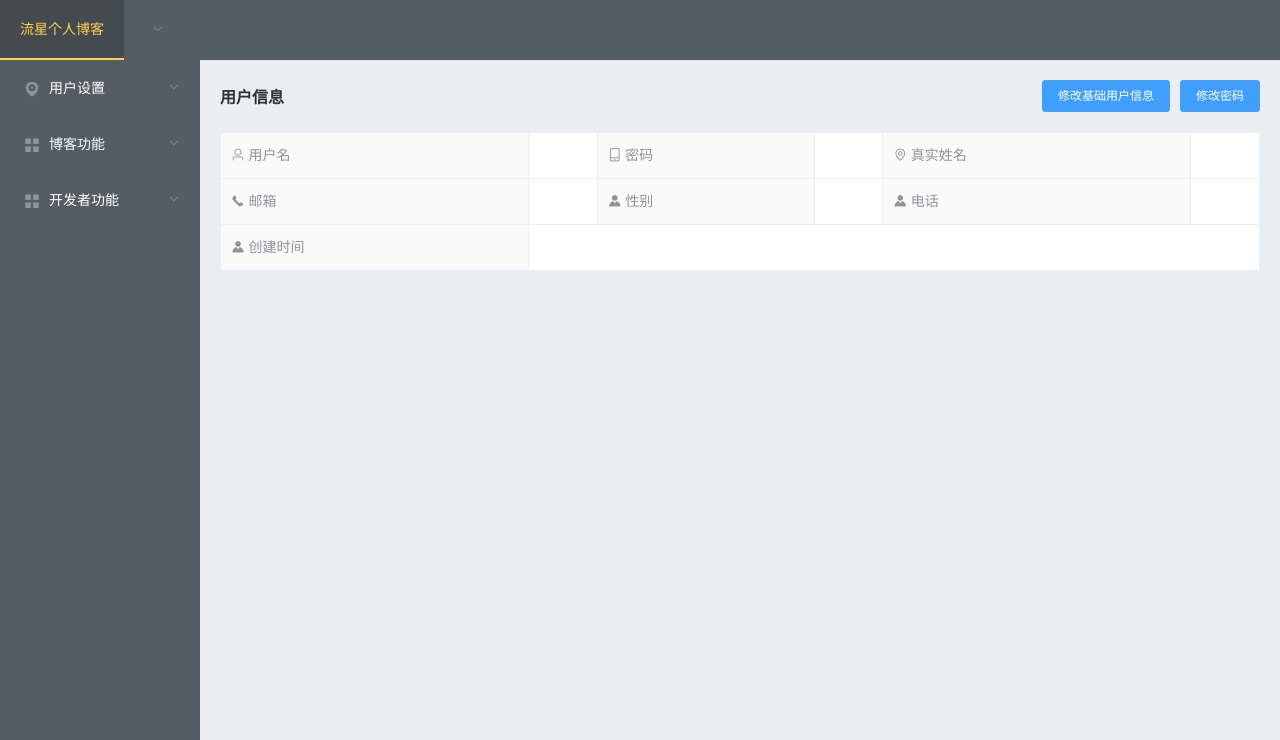
Repository: ljfzd6/showself
Page: /#/workplace
An editor plug-in stored every save of this project. The page is shown before and after the next save, followed by the edit.
The browser window is 1280 px wide. The pictures show the whole page.
The page's requests for data from a server got no answer. The project was rebuilt for these pictures with package versions that can differ from the ones it lists, and the page was loaded fresh each time. No one was signed in, and anything a server would have sent is missing. Also part of the build but not shown: vue.config.js, src/components/main-page.vue, src/views/hometext-page.vue, src/components/loginregister-page.vue, src/views/showtemplate-page.vue.

Above is the page before, as saved 2023-06-12 22:47:39.

### src/router/index.js
import Vue from 'vue'
import VueRouter from 'vue-router'
import MainPage from '@/components/main-page.vue'
import HomeText from '@/views/hometext-page.vue'
import LoginAndRegister from '@/components/loginregister-page.vue'
import WorkMain from '@/components/workplace-page.vue'
import ShowTemplate from '@/views/showtemplate-page.vue'
import UserImformation from '@/views/user-imformation-page.vue'

//导入插件
Vue.use(VueRouter)
// 新增以下代码，解决NavigationDuplicated问题
const originalPush = VueRouter.prototype.push
VueRouter.prototype.push = function push(location) {
  return originalPush.call(this, location).catch((err) => err)
}

const router = new VueRouter({
  // mode: 'hash',
  routes: [
    // 重定向首页
    { path: '/', redirect: '/home' },
    // 配置路由
    { path: '/login', component: LoginAndRegister },
    { path: '/workplace',
      component: WorkMain,
      redirect: '/workplace/userinformation',
      children: [
        {path: 'userinformation', component: UserImformation}
      ] },
    {
      path: '/home',
      component: MainPage,
      redirect: '/home/hometext',
      children: [
        { path: 'hometext', component: HomeText },
        { path: 'showtemplate', component: ShowTemplate },
        // { path: 'updateuser', component: UpdateUserInformation, name: 'updateuser' },
        // { path: 'alluser', component: AllUserInformation },
        // { path: 'useradd', component: UserAdd },
        // { path: 'userimageadd', component: UserImageAdd },
        // { path: 'qrcodecheck', component: ExtraQrcodeCheck },
        // { path: 'videoshow', component: videoShow, children: [{ path: 'video/:num', component: Video, name: 'video' }] },
        // { path: 'comment', component: Comment },
        // { path: 'updateusericon', component: UpdateUserIcon }
      ],
    },
  ],
})
export default router

### src/store/index.js
// 创建vuex中的stroe
import Vuex from 'vuex'
import Vue from 'vue'
// 使用vuex组件
Vue.use(Vuex)
// 准备actions--用于响应组件中的动作
const actions = {
  updateuser (context, value) {
    context.commit('UPDATEUSER', value)
  }
}
// 准备mutations--用于操作数据
const mutations = {
  UPDATEUSER (state, value) {
    state.id = value.id
    state.username=value.username
    console.log(state.id+state.username)
  }
}
// 准备state--用于存储数据
const state = {
  id: '',
  username: ''
}
// 创建store
export default new Vuex.Store({
  actions, mutations, state
})

### src/components/workplace-page.vue
<template>
<div >
  <el-container class="pagestyle">
  <el-header >
<el-menu
  :default-active="activeIndex2"
  class="el-menu-demo"
  mode="horizontal"
  background-color="#545c64"
  text-color="#fff"
  active-text-color="#ffd04b"
  >
  <el-menu-item index="1">流星个人博客</el-menu-item>
  <el-submenu index="2">
    <template slot="title">{{  }}</template>
    <el-menu-item index="2-1" @click="userinformation()">个人信息</el-menu-item>
    <el-menu-item index="2-3" @click="null">注销登录</el-menu-item>
  </el-submenu>
</el-menu>
  </el-header>
  <el-container>
    <el-aside style="height: 680px;"  width="200px"  class="mainpage">
  <el-col :span="12">
    <el-menu
      default-active="2"
      class="el-menu-vertical-demo"
      background-color="#545c64"
      text-color="#fff"
      active-text-color="#ffd04b"
      >
      <el-submenu index="1">
        <template slot="title">
          <i class="el-icon-location"></i>
          <span>用户设置</span>
        </template>
        <el-menu-item-group>
          <el-menu-item index="1-1" @click="userinformation()">个人信息</el-menu-item>
          <el-menu-item index="1-2" @click="homepage()">回到首页</el-menu-item>
          <el-menu-item index="1-3" @click="null">注销</el-menu-item>
        </el-menu-item-group>
      </el-submenu>
      <el-submenu index="2">
         <template slot="title">
        <i class="el-icon-menu"></i>
        <span slot="title">博客功能</span>
         </template>
           <el-menu-item-group>
          <template slot="title">主要功能</template>
          <el-menu-item index="2-1" @click="null">我的博客</el-menu-item>
          <el-menu-item index="2-2" @click="null">创建博客</el-menu-item>
          <el-menu-item index="2-3" @click="null">赞助一下</el-menu-item>
        </el-menu-item-group>
      </el-submenu>
        <el-submenu index="3">
         <template slot="title">
        <i class="el-icon-menu"></i>
        <span slot="title">开发者功能</span>
         </template>
           <el-menu-item-group>
          <el-menu-item index="2-1" @click="null">上传模板</el-menu-item>
          <el-menu-item index="2-2" @click="null">我的模板</el-menu-item>
        </el-menu-item-group>
      </el-submenu>
    </el-menu>
  </el-col>
    </el-aside>
    <el-main style="height: 100%;">
      <router-view></router-view>
      </el-main>
  </el-container>
</el-container>
</div>
</template>

<script>
export default {
  data () {
    return {
      activeIndex: '1',
      activeIndex2: '1'
    }
  },
  methods: {
    userinformation(){
      this.$router.push('/workplace/userinformation')
    },
    homepage() {
      this.$router.push('/home/hometext')
    }
  }
}
</script>

<style lang="less" scoped>
.pagestyle {
  padding-left: 0px;
  padding-top: 0px;
  padding-bottom: 0px;
  height: 680px;
}
.el-menu-vertical-demo:not(.el-menu--collapse) {
    width: 200px;
    min-height: 400px;
  }
   &.el-header{
    background-color: #B3C0D1;
    color: #333;
    text-align: center;
    line-height: px;
    padding: 0 0px;
  }

  .el-aside {
    background-color: #D3DCE6;
    color: #333;
    text-align: left;
    line-height: 200px;
  }

  .el-main {
    background-color: #E9EEF3;
    color: #333;
    text-align: center;
    height:540px;
    flex-grow:1;
  }

  body > .el-container {
    margin-bottom: 40px;
    height: 100%;
  }
  .mainpage{
    height: 540px;
    padding-bottom: 0px;
    background-color: rgb(84, 92, 100);
  }

</style>

### src/views/user-imformation-page.vue
  <template>
  <div>
    <el-descriptions class="margin-top" title="用户信息" :column="3" :size="size" border>
    <template slot="extra">
      <el-button type="primary" size="small" @click="null">修改基础用户信息</el-button>
      <el-button type="primary" size="small" @click="outerPassword = true">修改密码</el-button>
    </template>
    <el-descriptions-item>
      <template slot="label">
        <i class="el-icon-user"></i>
        用户名
      </template>
      {{null}}
    </el-descriptions-item>
    <el-descriptions-item>
      <template slot="label">
        <i class="el-icon-mobile-phone"></i>
        密码
      </template>
      {{null}}
    </el-descriptions-item>
    <el-descriptions-item>
      <template slot="label">
        <i class="el-icon-location-outline"></i>
        真实姓名
      </template>
      {{null}}
    </el-descriptions-item>
    <el-descriptions-item>
      <template slot="label">
        <i class="el-icon-phone"></i>
        邮箱
      </template>
      {{null}}
    </el-descriptions-item>
    <el-descriptions-item>
      <template slot="label">
        <i class="el-icon-s-custom"></i>
        性别
      </template>
      {{null}}
    </el-descriptions-item>
    <el-descriptions-item>
      <template slot="label">
        <i class="el-icon-s-custom"></i>
        电话
      </template>
      {{null}}
    </el-descriptions-item>
        <el-descriptions-item>
      <template slot="label">
        <i class="el-icon-s-custom"></i>
        创建时间
      </template>
      {{null}}
    </el-descriptions-item>
    <!-- 修改密码弹窗 -->
  </el-descriptions>
      <el-dialog title="修改密码" :visible.sync="outerPassword">
    <span>修改密码需要输入邮箱验证码</span>
    <el-dialog
      width="30%"
      title="输入验证码"
      :visible.sync="innerPassword"
      append-to-body>
       输入验证码：<el-input type="text" v-model="verifcode"></el-input>
       <hr>
       输入新密码：<el-input type="text" v-model="newpassword"></el-input>
      <el-button type="primary" @click="null">确定</el-button>
    </el-dialog>
    <div slot="footer" class="dialog-footer">
      <el-button @click="outerPassword = false">取 消</el-button>
      <el-button type="primary" @click="null">发送验证码</el-button>
    </div>
  </el-dialog>
  <!-- 生成个人信息二维码弹窗 -->
  <el-dialog
  :visible.sync="dialogVisible"
  width="30%">
  <img v-bind:src="this.persondatacard">
  <span slot="footer" class="dialog-footer">
    <el-button type="primary" @click="dialogVisible = false">确 定</el-button>
  </span>
</el-dialog>
  </div>
</template>

<script>
export default {
  methods: {

  },
  data () {
    return {
      user: '',
      size: '',
      outerPassword: false,
      innerPassword: false,
      dialogVisible: false,
      verifcode: '',
      newpassword: ''
    }
  },
  // 获取展示数据
  created () {
  }
}
</script>

<style>

</style>

### src/api/userApI.js
import request from '@/utils/request.js'
//登录
export const Login = function (email, password,verifycode) {
  // 请求路径
  return request.get('/user/login', {
    params: {
      email: email,
      password: password,
      verifyCode: verifycode
    }
  })
}
// 通过id返回用户数据请求
export const SelectUserById = function (id) {
  return request.get('/user/getuserbyid', {
    params: {
      id: id
    }
  })
}
// 通过邮箱返回用户数据请求
export const SelectUserByEmail = function (email) {
  return request.get('/user/getuserbyemail', {
    params: {
      email: email,
      operator: 'admin'
    }
  })
}
// 获取验证码
export const GetVerifCode = function () {
  return request.get('/user/verifycode', {
    responseType: 'blob'
  })
}
// 发送验证码
export const SendVerifEmail = function (email) {
  return request.get('/email/sendregisteremail', {
    params: {
      email: email
    }
  })
}
// 添加用户
export const AddUser = function (user,code,usercode) {
  return request.post('/user/register', {
      user: {
        username: user.username,
        password: user.password,
        name: user.name,
        phone: user.phone,
        email: user.email,
      },
      code: code,
      usercode:usercode
  })
}
// 修改密码
export const UpdatePassword = function (id,password) {
  return request.put('/user/updatepassword', {
    user: {
      id: id,
      password: password
    },
    operator: id
  })
}
// 修改用户数据
export const UpdateUserInformation = function (user) {
   console.log('准备发送的' + user)
  return request.put('/user/updateuser', {
    user:{
      id: user.id,
      username: user.username,
      name: user.name,
      phone: user.phone,
      email: user.email,
      sex: user.sex,
    },
      operator: user.name

  })
}


// // 获取全部用户
// export const GetAllUser = function () {
//   return request.get('/user/getalluser')
// }
// // 删除指定用户
// export const DeleteUser = function (username) {
//   return request.get('/user/deleteuser', {
//     params: {
//       username: username
//     }
//   })
// }

### src/utils/request.js
import axios from 'axios'
const request = axios.create({
  // 请求的接口基础路径
  baseURL: '/api'
})
export default request

Loaded but not shown: public/index.html (common file); src/main.js (common file); src/App.vue (common file)

After the next save:
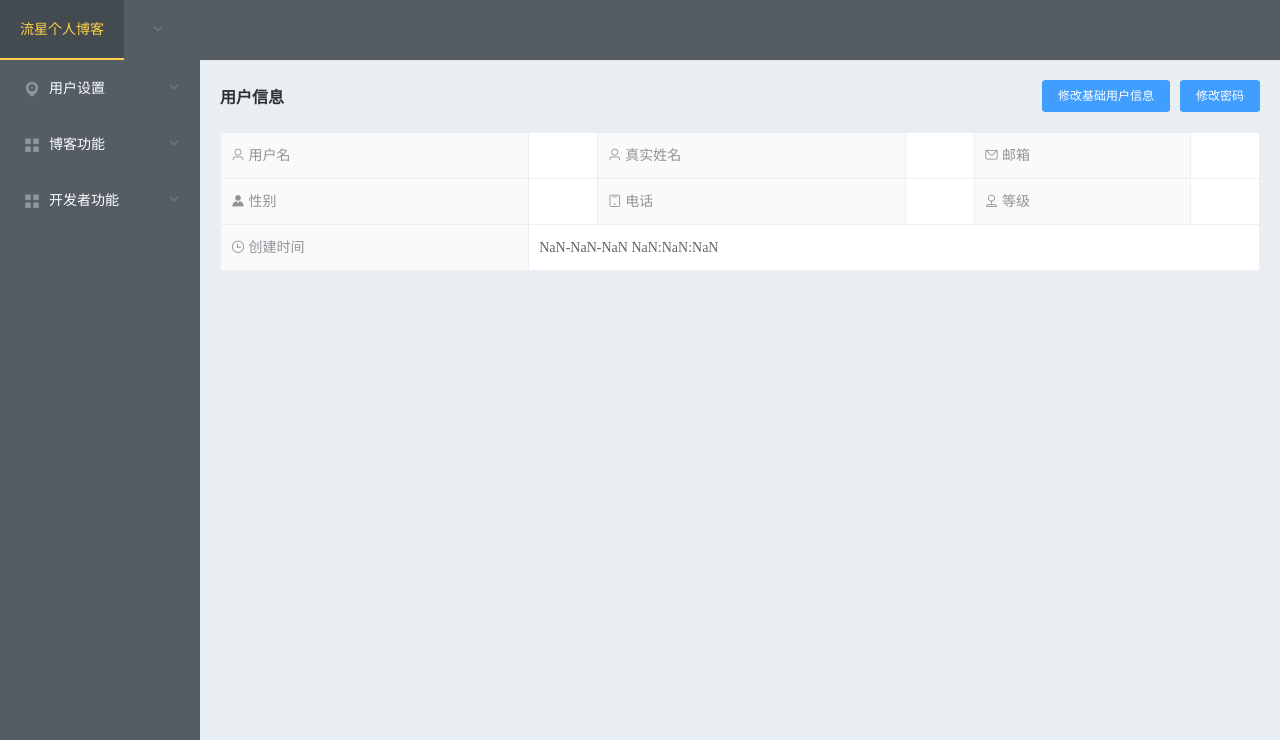
Saved 108 s later.
--- a/src/views/user-imformation-page.vue
+++ b/src/views/user-imformation-page.vue
@@ -2,107 +2,150 @@
   <div>
     <el-descriptions class="margin-top" title="用户信息" :column="3" :size="size" border>
     <template slot="extra">
-      <el-button type="primary" size="small" @click="null">修改基础用户信息</el-button>
-      <el-button type="primary" size="small" @click="outerPassword = true">修改密码</el-button>
+      <el-button type="primary" size="small" @click="updateuser()">修改基础用户信息</el-button>
+      <el-button type="primary" size="small" @click=" dialogFormVisible= true">修改密码</el-button>
     </template>
     <el-descriptions-item>
       <template slot="label">
         <i class="el-icon-user"></i>
         用户名
       </template>
-      {{null}}
+      {{user.username}}
     </el-descriptions-item>
     <el-descriptions-item>
       <template slot="label">
-        <i class="el-icon-mobile-phone"></i>
-        密码
+        <i class="el-icon-user"></i>
+        真实姓名
       </template>
-      {{null}}
+      {{this.user.name}}
     </el-descriptions-item>
     <el-descriptions-item>
       <template slot="label">
-        <i class="el-icon-location-outline"></i>
-        真实姓名
-      </template>
-      {{null}}
-    </el-descriptions-item>
-    <el-descriptions-item>
-      <template slot="label">
-        <i class="el-icon-phone"></i>
+        <i class="el-icon-message"></i>
         邮箱
       </template>
-      {{null}}
+      {{this.user.email}}
     </el-descriptions-item>
     <el-descriptions-item>
       <template slot="label">
         <i class="el-icon-s-custom"></i>
         性别
       </template>
-      {{null}}
+      {{this.user.sex}}
     </el-descriptions-item>
     <el-descriptions-item>
       <template slot="label">
-        <i class="el-icon-s-custom"></i>
+        <i class="el-icon-mobile"></i>
         电话
       </template>
-      {{null}}
+      {{this.user.phone}}
     </el-descriptions-item>
-        <el-descriptions-item>
+    <el-descriptions-item>
       <template slot="label">
-        <i class="el-icon-s-custom"></i>
+        <i class="el-icon-coordinate"></i>
+        等级
+      </template>
+      {{this.user.grade}}
+    </el-descriptions-item>
+    <el-descriptions-item>
+      <template slot="label">
+        <i class="el-icon-time"></i>
         创建时间
       </template>
-      {{null}}
+      {{this.user.createtime|formatDate('yyyy-MM-dd HH:mm:ss')}}
     </el-descriptions-item>
+  </el-descriptions>
     <!-- 修改密码弹窗 -->
-  </el-descriptions>
-      <el-dialog title="修改密码" :visible.sync="outerPassword">
-    <span>修改密码需要输入邮箱验证码</span>
-    <el-dialog
-      width="30%"
-      title="输入验证码"
-      :visible.sync="innerPassword"
-      append-to-body>
-       输入验证码：<el-input type="text" v-model="verifcode"></el-input>
-       <hr>
-       输入新密码：<el-input type="text" v-model="newpassword"></el-input>
-      <el-button type="primary" @click="null">确定</el-button>
-    </el-dialog>
-    <div slot="footer" class="dialog-footer">
-      <el-button @click="outerPassword = false">取 消</el-button>
-      <el-button type="primary" @click="null">发送验证码</el-button>
-    </div>
-  </el-dialog>
-  <!-- 生成个人信息二维码弹窗 -->
-  <el-dialog
-  :visible.sync="dialogVisible"
-  width="30%">
-  <img v-bind:src="this.persondatacard">
-  <span slot="footer" class="dialog-footer">
-    <el-button type="primary" @click="dialogVisible = false">确 定</el-button>
-  </span>
+ <el-dialog title="修改密码" :visible.sync="dialogFormVisible">
+  <el-form :model="form">
+    <el-form-item label="输入新密码" :label-width="formLabelWidth">
+      <el-input v-model="newpassword" autocomplete="off"></el-input>
+    </el-form-item>
+    <el-form-item label="确认新密码" :label-width="formLabelWidth">
+      <el-input v-model="rnewpassword" autocomplete="off"></el-input>
+    </el-form-item>
+  </el-form>
+  <div slot="footer" class="dialog-footer">
+    <el-button @click="dialogFormVisible = false">取 消</el-button>
+    <el-button type="primary" @click="ok()">确 定</el-button>
+  </div>
 </el-dialog>
   </div>
 </template>
 
 <script>
+import { SelectUserById, UpdatePassword } from '@/api/userApI.js'
 export default {
   methods: {
-
+    updateuser () {
+      this.$router.push({ name: 'updateuser', params: { user: this.user } })
+    },
+ // 获取表单信息
+    async getinformation () {
+      const { data: res } = await SelectUserById(this.$store.state.id)
+      console.log(res.data)
+      this.user = res.data
+      if (this.user.sex == 1) {
+        this.user.sex = '男'
+      } else {
+        this.user.sex = '女'
+      }
+    },
+   async ok () {
+      if (this.newpassword == this.rnewpassword) {
+        console.log("this.password, this.userid"+this.password+ this.userid)
+        const { data: res } = await UpdatePassword( this.user.id,this.newpassword);
+      if (res.code == 200) {
+        this.$notify({
+          title: '成功',
+          message: res.msg,
+          type: 'success'
+        });
+        this.dialogFormVisible = false;
+        this.getinformation();
+        this.newpassword = '';
+        this.rnewpassword = '';
+      } else {
+        this.$notify.error({
+          title: '错误',
+          message: res.msg
+        });
+        this.dialogFormVisible= false
+      }
+      } else {
+        this.$notify.error({
+          title: '错误',
+          message: '两遍密码输入不一致'
+        });
+      }
+    }
   },
   data () {
     return {
+      dialogFormVisible: false,
       user: '',
       size: '',
-      outerPassword: false,
-      innerPassword: false,
-      dialogVisible: false,
-      verifcode: '',
-      newpassword: ''
+      newpassword: '',
+      rnewpassword:''
     }
   },
+
   // 获取展示数据
   created () {
+    this.getinformation()
+  },
+  filters: {
+    formatDate: function (value, args) {
+      var dt = new Date(value);
+        // yyyy-MM-dd HH:mm:ss
+        let year = dt.getFullYear();
+        let month = (dt.getMonth() + 1).toString().padStart(2, '0');
+        let date = dt.getDate().toString().padStart(2, '0');
+        let hour = dt.getHours().toString().padStart(2, '0');
+        let minute = dt.getMinutes().toString().padStart(2, '0');
+        let second = dt.getSeconds().toString().padStart(2, '0');
+        return `${year}-${month}-${date} ${hour}:${minute}:${second}`;
+    }
   }
 }
 </script>
